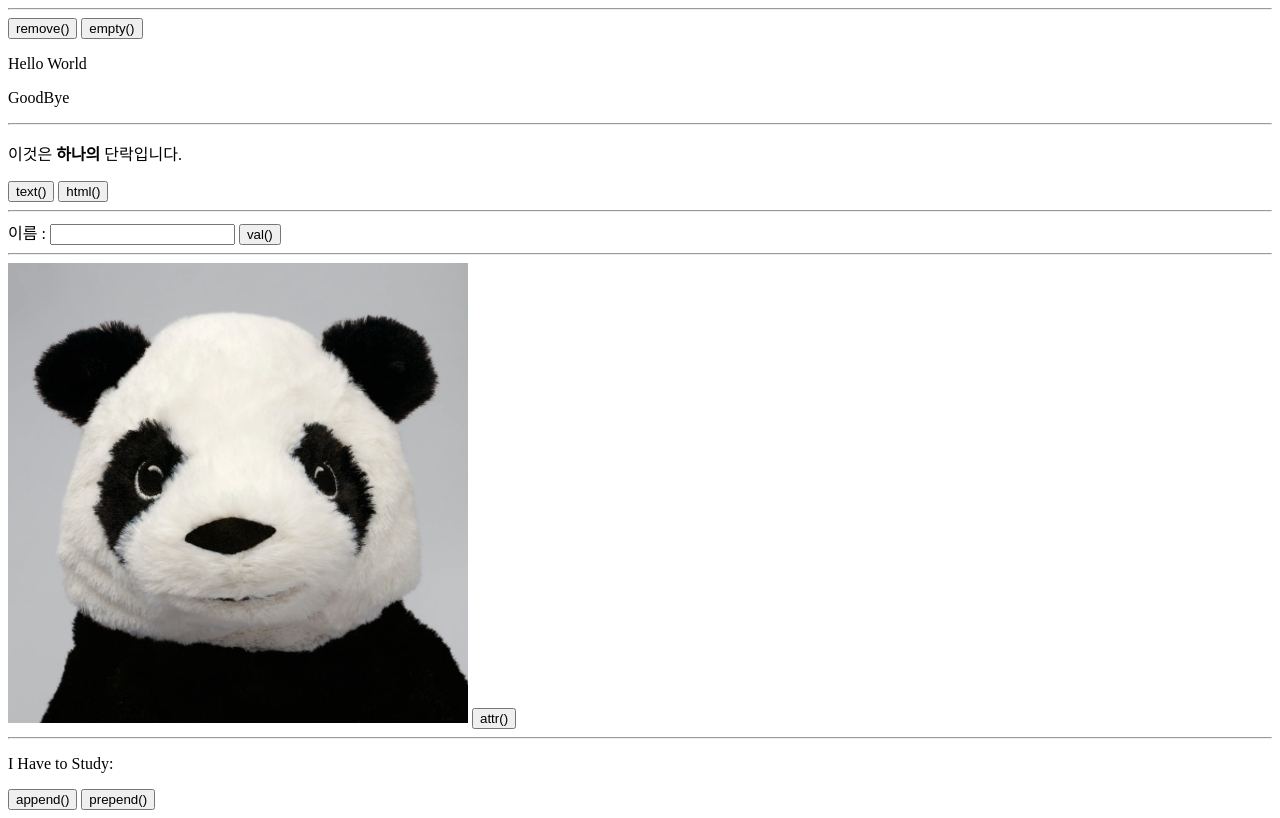
Repository: yujisu01/2021_504_java
Page: javascript_jquery/WebContent/jQuery_ex02.html
An editor plug-in stored every save of this project. The page is shown before and after the next save, followed by the edit.
The browser window is 1280 px wide. The pictures show the whole page.

Above is the page before, as saved 2021-04-15 05:27:59.

After the next save:
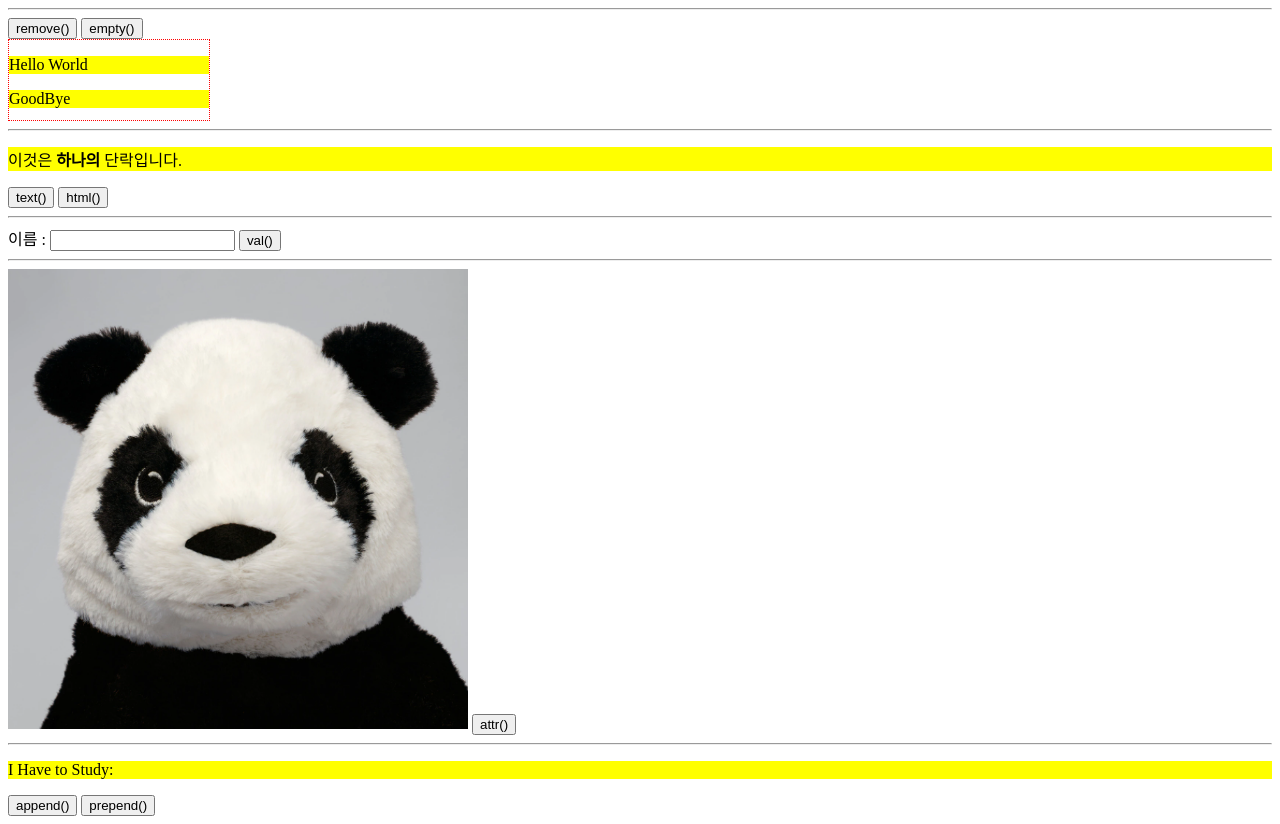
Saved 2 min 10 s later.
--- a/javascript_jquery/WebContent/jQuery_ex02.html
+++ b/javascript_jquery/WebContent/jQuery_ex02.html
@@ -3,6 +3,16 @@
 <head>
 <meta charset="UTF-8">
 <title>Insert title here</title>
+<style type="text/css">
+	p{
+		background-color: yellow;
+	}
+	.container{
+		height: 80px;
+		width: 200px;
+		border:1px dotted red;
+	}
+</style>
 <script type="text/javascript" src="js/jQuery3.x/jquery-3.6.0.js"></script>
 <script type="text/javascript">
 	$().ready(function(){
@@ -27,6 +37,7 @@
 		$("#button2").click(function() {
 			$("#append").prepend("<b style='color:#ddd333'>Yes sir zz</b>");
 		});
+
 	});
 </script>
 </head>
